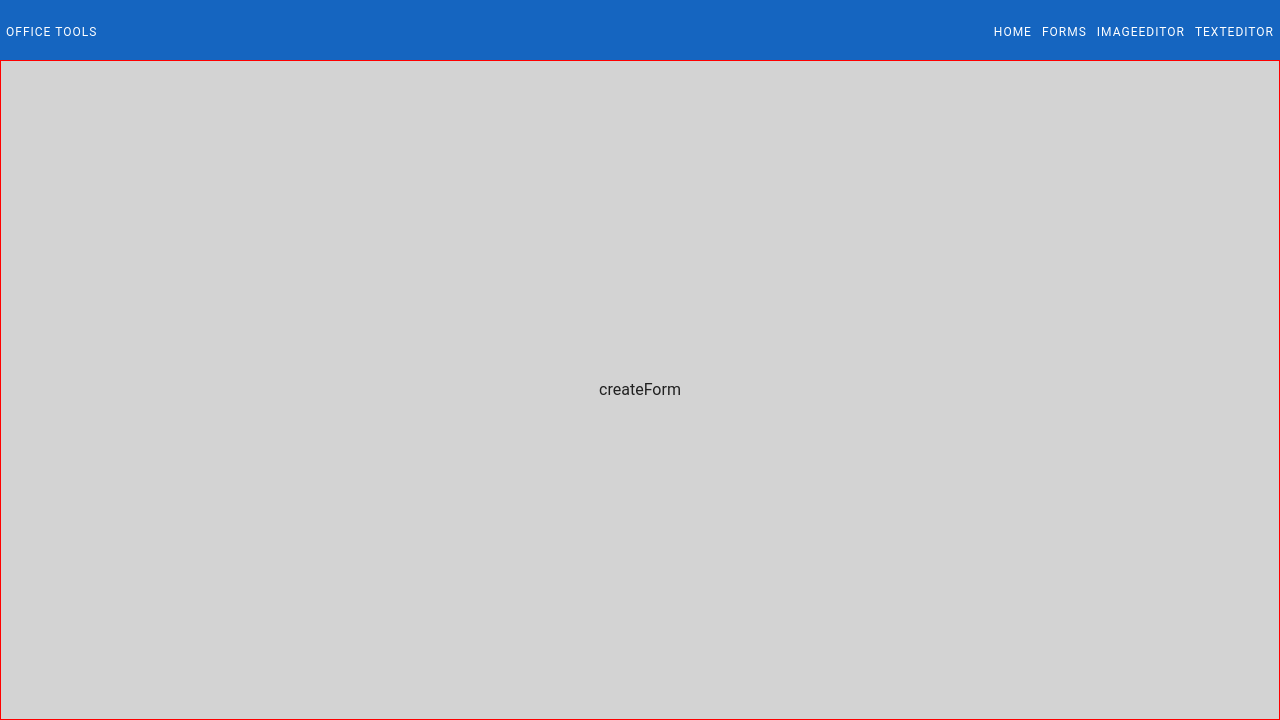
Repository: Vijay-Singh1/office-tools
Page: /form-builder/Create-Form
An editor plug-in stored every save of this project. The page is shown before and after the next save, followed by the edit.
The browser window is 1280 px wide. The pictures show the whole page.
The project was rebuilt for these pictures with package versions that can differ from the ones it lists, and the page was loaded fresh each time. Also part of the build but not shown: vite.config.ts, src/FormBuilderApp/src/pages/FormBuilderHome.tsx, src/FormBuilderApp/src/pages/OpenForms.tsx, src/App.css, src/components/common/sidebar/Sidebar.tsx, src/ImageEditor/src/pages/ImageEditorHome.tsx, src/ImageEditor/src/pages/CreateImage.tsx, src/DocsEditor/src/pages/DocsEditorHome.tsx and 1 more.

Above is the page before, as saved 2024-09-07 22:40:30.

After the next save:
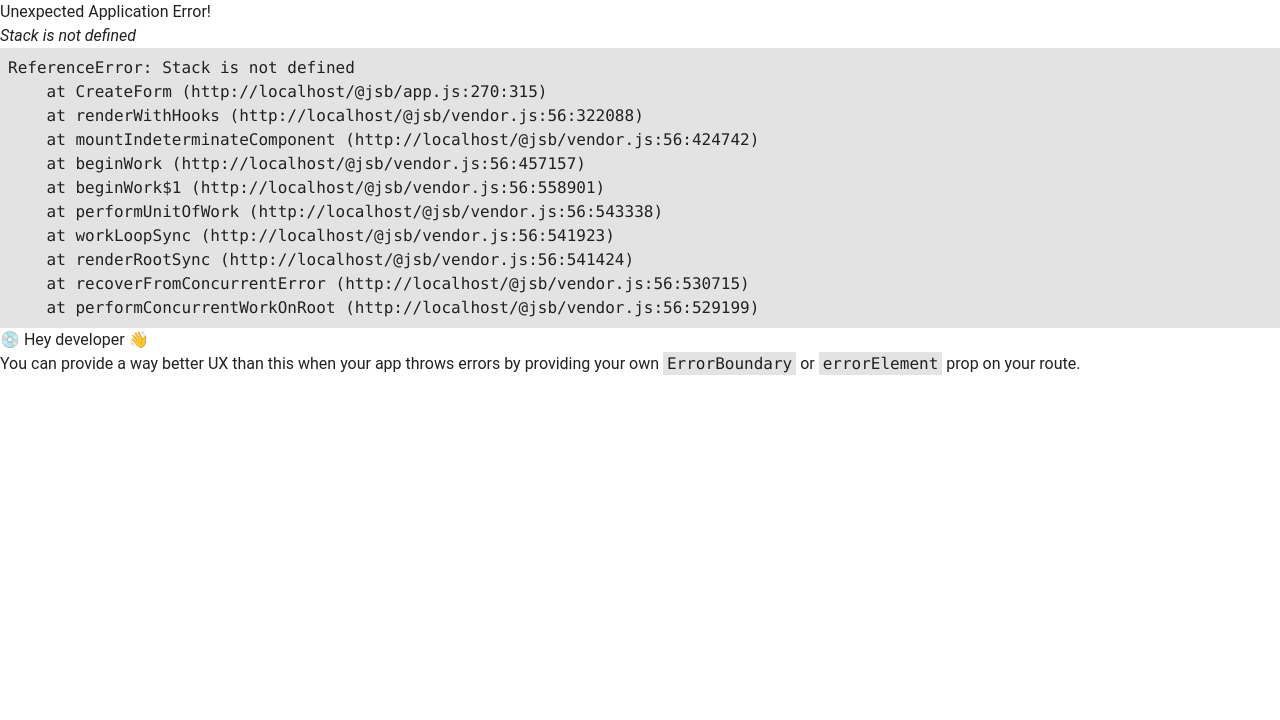
Console error: ReferenceError: Stack is not defined
Saved 6 min 39 s later.
--- a/src/FormBuilderApp/src/pages/CreateForm.tsx
+++ b/src/FormBuilderApp/src/pages/CreateForm.tsx
@@ -7,7 +7,11 @@ import React from 'react'
 const CreateForm : React.FC = () => {
   return (
     <Box border={"1px solid red"} flex ={1} bgcolor={"lightgray"} display={"flex"} alignItems={"center"} justifyContent={"center"} width = "100%" minHeight="calc(100vh - 60px)">
-      createForm
+      <Stack direction="row" spacing={2}>
+  <Item>Item 1</Item>
+  <Item>Item 2</Item>
+  <Item>Item 3</Item>
+</Stack>
     </Box>
   )
 }
